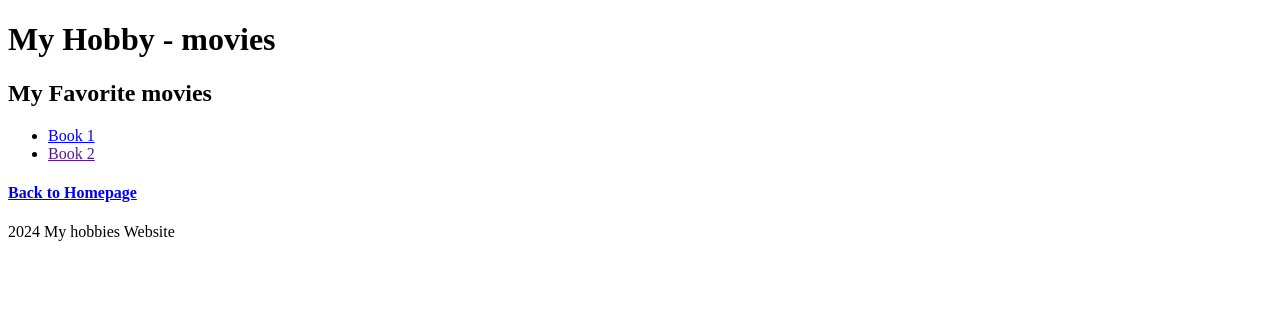
Repository: DaryaSarycheva/Hobbies
Page: pages/movies.html
An editor plug-in stored every save of this project. The page is shown before and after the next save, followed by the edit.
The browser window is 1280 px wide. The pictures show the whole page.

Above is the page before, as saved 2024-05-09 08:40:12.

After the next save:
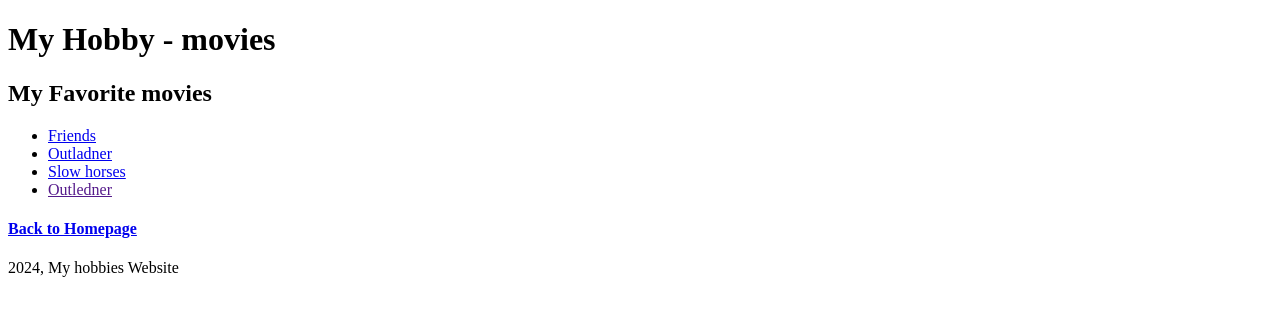
Saved 28 h 8 min later.
--- a/pages/movies.html
+++ b/pages/movies.html
@@ -12,13 +12,15 @@
     <main>
         <h2>My Favorite movies</h2>
         <ul>
-            <li><a href="./">Book 1</a></li>
-            <li><a href="">Book 2</a></li>
+            <li><a href="https://en.wikipedia.org/wiki/Friends">Friends</a></li>
+            <li><a href="https://en.wikipedia.org/wiki/Outlander_(TV_series)">Outladner</a></li>
+            <li><a href="https://en.wikipedia.org/wiki/Slow_Horses">Slow horses</a></li>
+            <li><a href="">Outledner</a></li>
         </ul>
     </main>
     <h4><a href="../myHobbies.html">Back to Homepage</a></h4>
     <footer>
-        <p> 2024 My hobbies Website</p>
+        <p> 2024, My hobbies Website</p>
     </footer>
 </body>
 </html>
